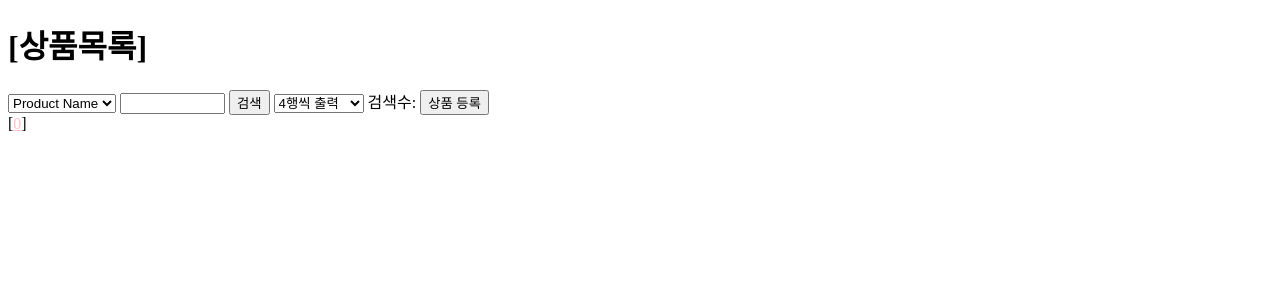
Repository: han-yeon-uk/ex07
Page: http://localhost/ex10/WEB-INF/views/list.jsp
An editor plug-in stored every save of this project. The page is shown before and after the next save, followed by the edit.
The browser window is 1280 px wide. The pictures show the whole page.
Some web libraries are served in a nearby version. The page is served by Tomcat 9. Nobody is signed in. Other server files are loaded and not shown. The template is opened directly, without the code that normally fills it, so the values that code supplies are empty.

Above is the page before, as saved 2020-11-18 02:35:34.

### ex10/src/main/webapp/WEB-INF/views/list.jsp
<%@ page language="java" contentType="text/html; charset=UTF-8"
    pageEncoding="UTF-8"%>
<%@taglib prefix="c" uri="http://java.sun.com/jsp/jstl/core"%>
<!DOCTYPE html PUBLIC "-//W3C//DTD HTML 4.01 Transitional//EN" "http://www.w3.org/TR/html4/loose.dtd">
<html>
<head>
	<script src="http://code.jquery.com/jquery-3.1.1.min.js"></script>
	<meta http-equiv="Content-Type" content="text/html; charset=UTF-8">
	<title>상품목록</title>
	<style>
		#divList{width:920px;background:yellow;overflow:hidden;}
 		.box { width:200px;height:150px;padding:10px;margin:5px;background:gray;color:white;float:left; font-size:15px; }
		 a { color:pink;}
 	</style>
</head>
<body>
	<h1>[상품목록]</h1>

	<form action="list" name="frm">
		<input type="hidden" name="page" value="1">
		<select name="searchType">
			<option value="pname" <c:out value="${pm.cri.searchType=='pname'?'selected':''}"/> >Product Name</option>
			<option value="price1" <c:out value="${pm.cri.searchType=='price1'?'selected':''}"/> >low price</option>
			<option value="price2" <c:out value="${pm.cri.searchType=='price2'?'selected':''}"/> >high price</option>
		</select>
		<input type="text" name="keyword" value="${pm.cri.keyword}" size=10>
		<input type="submit" value="검색">
		<select name="perPageNum">
			<option selected="selected" value="4" <c:out value="${pm.cri.perPageNum=='4'?'selected':''}"/> >4행씩 출력</option>
			<option value="8" <c:out value="${pm.cri.perPageNum=='8'?'selected':''}"/> >8행씩 출력</option>
			<option value="12" <c:out value="${pm.cri.perPageNum=='12'?'selected':''}"/> >12행씩 출력</option>
		</select>
		<span>검색수:${pm.totalCount}</span>
		<input type="button" value="상품 등록" onClick="location.href='insert'">
	</form>

	<div id="divList">
		<c:forEach items="${list}" var="vo">
			<div class="box">
				<c:if test="${vo.image!=null}">
				<img src="display?fileName=${vo.image}" width=150>
				</c:if>
				<c:if test="${vo.image==null}">
				<img src="http://placehold.it/150x120" width=150>
				</c:if>
				<div>${vo.pname}</div>
				<div>${vo.price}원</div>
			</div>
		</c:forEach>
	</div>
	<div id="pagination">
		<c:if test="${pm.prev}">
				<a href="${pm.startPage-1}">◀</a>
			</c:if>
		<c:forEach begin="${pm.startPage}" end="${pm.endPage}" var="i">
			<c:if test="${pm.cri.page==i}">
				[<a href="${i}" class="active">${i}</a>]
			</c:if>
			<c:if test="${pm.cri.page!=i}">
				[<a href="${i}">${i}</a>]
			</c:if>
		</c:forEach>
		<c:if test="${pm.next}">
			<a href="${pm.endPage+1}">▶</a>
		</c:if>
	</div>
</body>
<script>
	$("#pagination a").click(function(e){
		e.preventDefault();
		$(frm.page).val($(this).attr("href"));
		frm.submit();
	});

	$(frm.perPageNum).on("change",function(){
		frm.submit();
	});
</script>
</html>

After the next save:
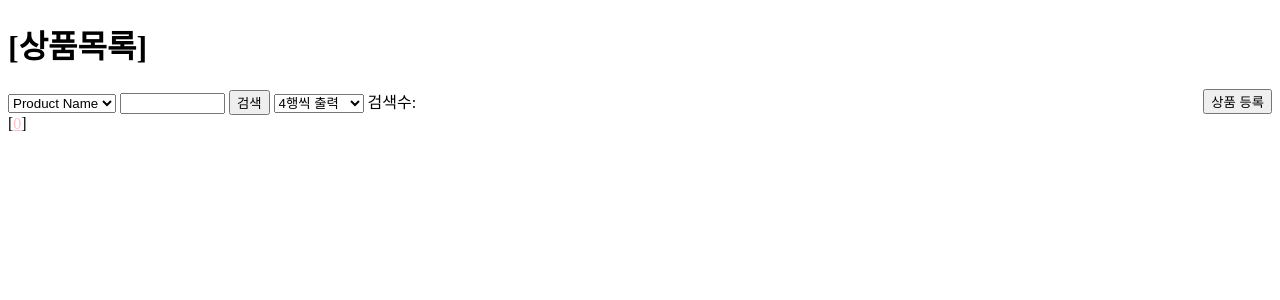
Saved 2 min 33 s later.
--- a/ex10/src/main/webapp/WEB-INF/views/list.jsp
+++ b/ex10/src/main/webapp/WEB-INF/views/list.jsp
@@ -31,7 +31,7 @@
 			<option value="12" <c:out value="${pm.cri.perPageNum=='12'?'selected':''}"/> >12행씩 출력</option>
 		</select>
 		<span>검색수:${pm.totalCount}</span>
-		<input type="button" value="상품 등록" onClick="location.href='insert'">
+		<input type="button" value="상품 등록" onClick="location.href='insert'" style="float:right;">
 	</form>
 
 	<div id="divList">
